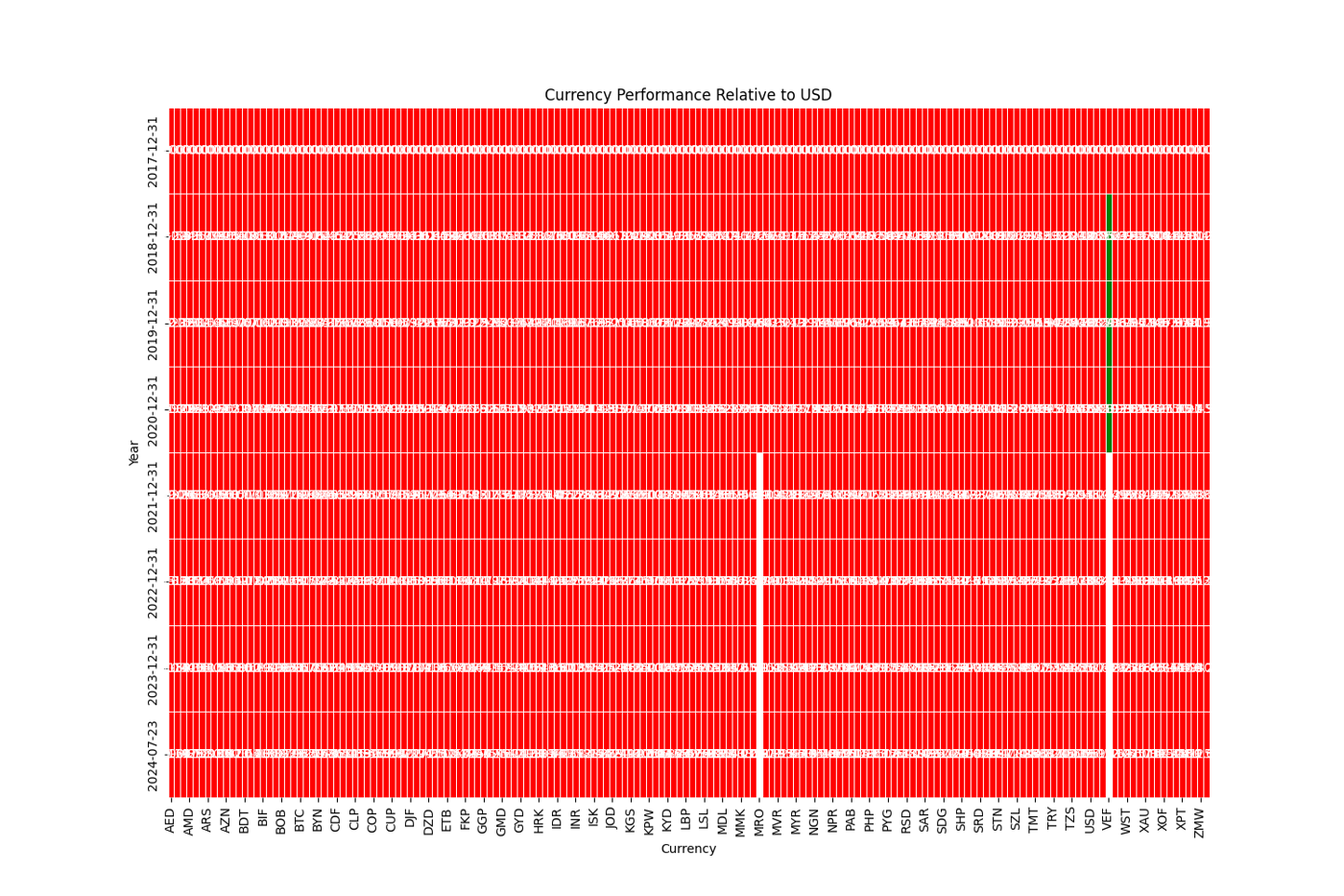
Repository: Lukeshirley/Global_Currencies_vs_USD
Script's output: python visualize_data.py
The author's editor kept a copy of each file at every save. The script's output is drawn from the files as they stood at one save, then again after the next save.
The pictures are shown at 96% of full size.
Figures wider than 1,400 px are first shrunk to that width. Random numbers start from a fixed seed.

Above is the script's output before, as saved 2024-07-23 06:24:26.

### visualize_data.py
# visualize_data.py
import pandas as pd
import seaborn as sns
import matplotlib.pyplot as plt

def visualize_performance():
    df = pd.read_csv('currency_performance.csv', index_col=0)
    plt.figure(figsize=(15, 10))
    sns.heatmap(df, annot=True, cmap=['red', 'green'], fmt=".2f", linewidths=.5, cbar=False)
    plt.title('Currency Performance Relative to USD')
    plt.xlabel('Currency')
    plt.ylabel('Year')
    plt.savefig('currency_performance_matrix.png')
    plt.show()

def main():
    visualize_performance()

if __name__ == "__main__":
    main()

Loaded but not shown: currency_performance.csv (9 lines, source omitted)

After the next save:
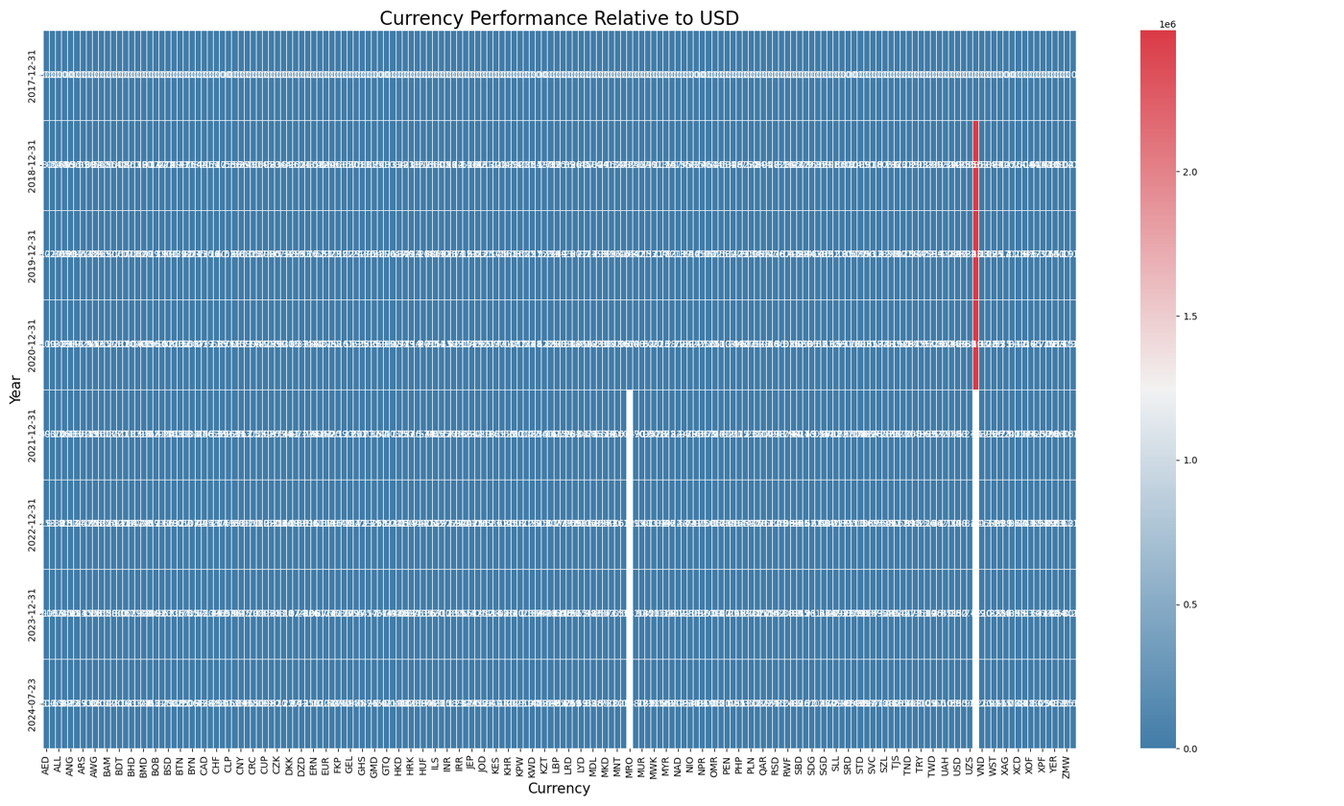
Saved 3 min 14 s later.
--- a/visualize_data.py
+++ b/visualize_data.py
@@ -5,16 +5,17 @@ import matplotlib.pyplot as plt
 
 def visualize_performance():
     df = pd.read_csv('currency_performance.csv', index_col=0)
-    plt.figure(figsize=(15, 10))
-    sns.heatmap(df, annot=True, cmap=['red', 'green'], fmt=".2f", linewidths=.5, cbar=False)
-    plt.title('Currency Performance Relative to USD')
-    plt.xlabel('Currency')
-    plt.ylabel('Year')
-    plt.savefig('currency_performance_matrix.png')
+    plt.figure(figsize=(20, 12))
+    cmap = sns.diverging_palette(240, 10, n=9, as_cmap=True)
+    sns.heatmap(df, annot=True, cmap=cmap, fmt=".2f", linewidths=.5, cbar=True, annot_kws={"size": 10})
+    plt.title('Currency Performance Relative to USD', fontsize=20)
+    plt.xlabel('Currency', fontsize=15)
+    plt.ylabel('Year', fontsize=15)
+    plt.xticks(rotation=90, fontsize=10)
+    plt.yticks(fontsize=10)
+    plt.tight_layout()
+    plt.savefig('currency_performance_matrix.png', dpi=300)
     plt.show()
 
-def main():
+if __name__ == "__main__":
     visualize_performance()
-
-if __name__ == "__main__":
-    main()
